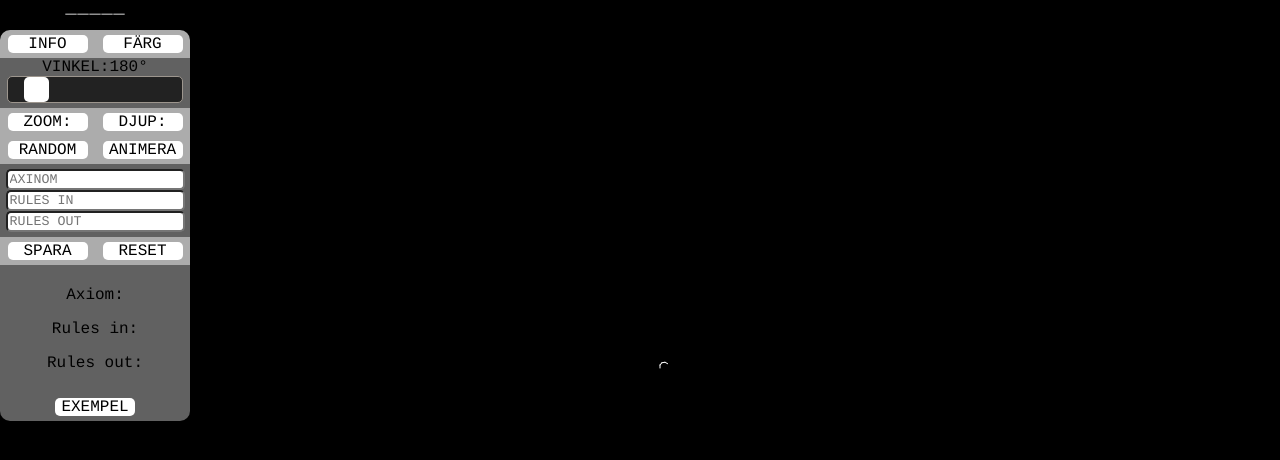
Repository: Gabrielw123/Fraktalgenerator
Page: fraktaler/test/index.html
The author's editor kept a copy of each file at every save. The page is drawn from the files as they stood at one save, then again after the next save.
The browser window is 1280 px wide. The pictures show the whole page.
Some web libraries are served in a nearby version.

Above is the page before, as saved 2022-01-13 13:37:16.

After the next save:
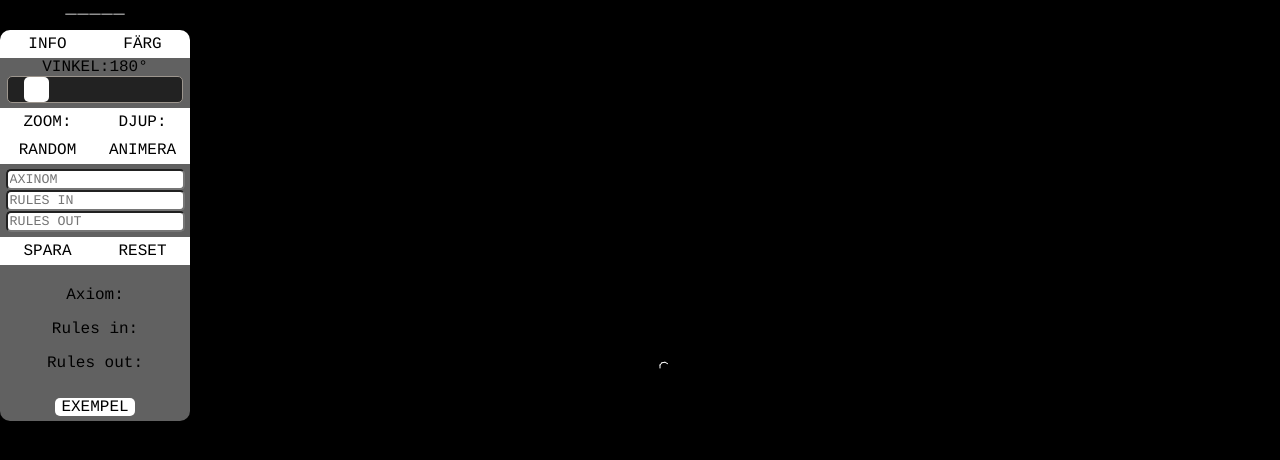
Saved 13 s later.
--- a/fraktaler/test/style.css
+++ b/fraktaler/test/style.css
@@ -26,7 +26,7 @@ body {
   right: 100%;
 }
 .grid-container {
-  background: rgb(172, 172, 172);
+  background: rgb(255, 255, 255);
   display: grid;
   grid-template-columns: auto auto;
 }
